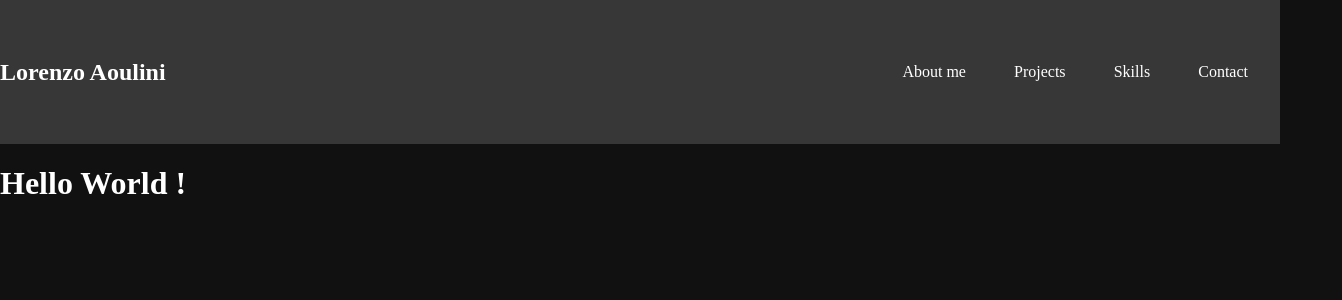
Repository: lolo298/lolo298.github.io
Page: index.html
These files come from the project's save history. The page is drawn as it stood at one moment and after the next save; the edit follows.
The browser window is 1280 px wide. The page is 1280 px wide, then 1342 px, so the pictures cover 1342 px, including what lies to the right of the window. The pictures show the whole page.

Above is the page before, as saved 2022-05-09 17:46:46.

After the next save:
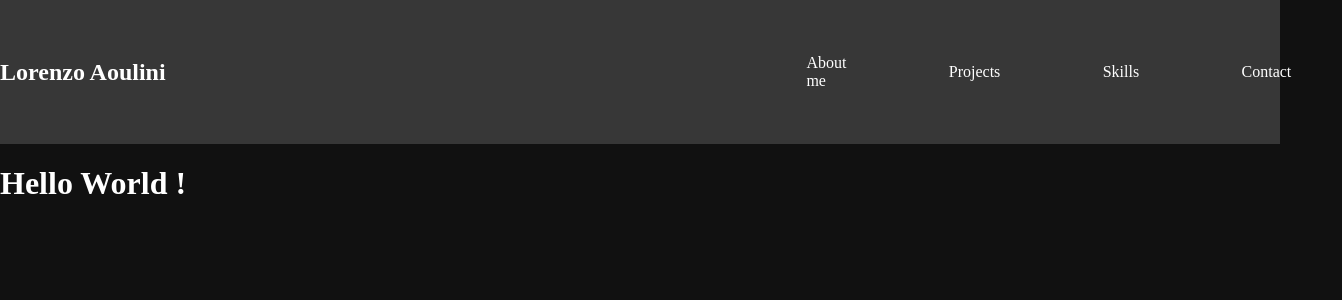
Saved 10 s later.
--- a/css/style.css
+++ b/css/style.css
@@ -29,7 +29,7 @@ body {
 }
 
 .main-navbar-list {
-    width: 30%;
+    width: 40%;
     display: flex;
     flex-direction: row;
     align-items: center;
@@ -47,7 +47,7 @@ body {
     color: white;
     width: max-content;
     height: 100%;
-    padding: 0% 5% 0% 5%;
+    padding: 0% 10% 0% 10%;
 }
 
 .main-navbar-item:hover {
